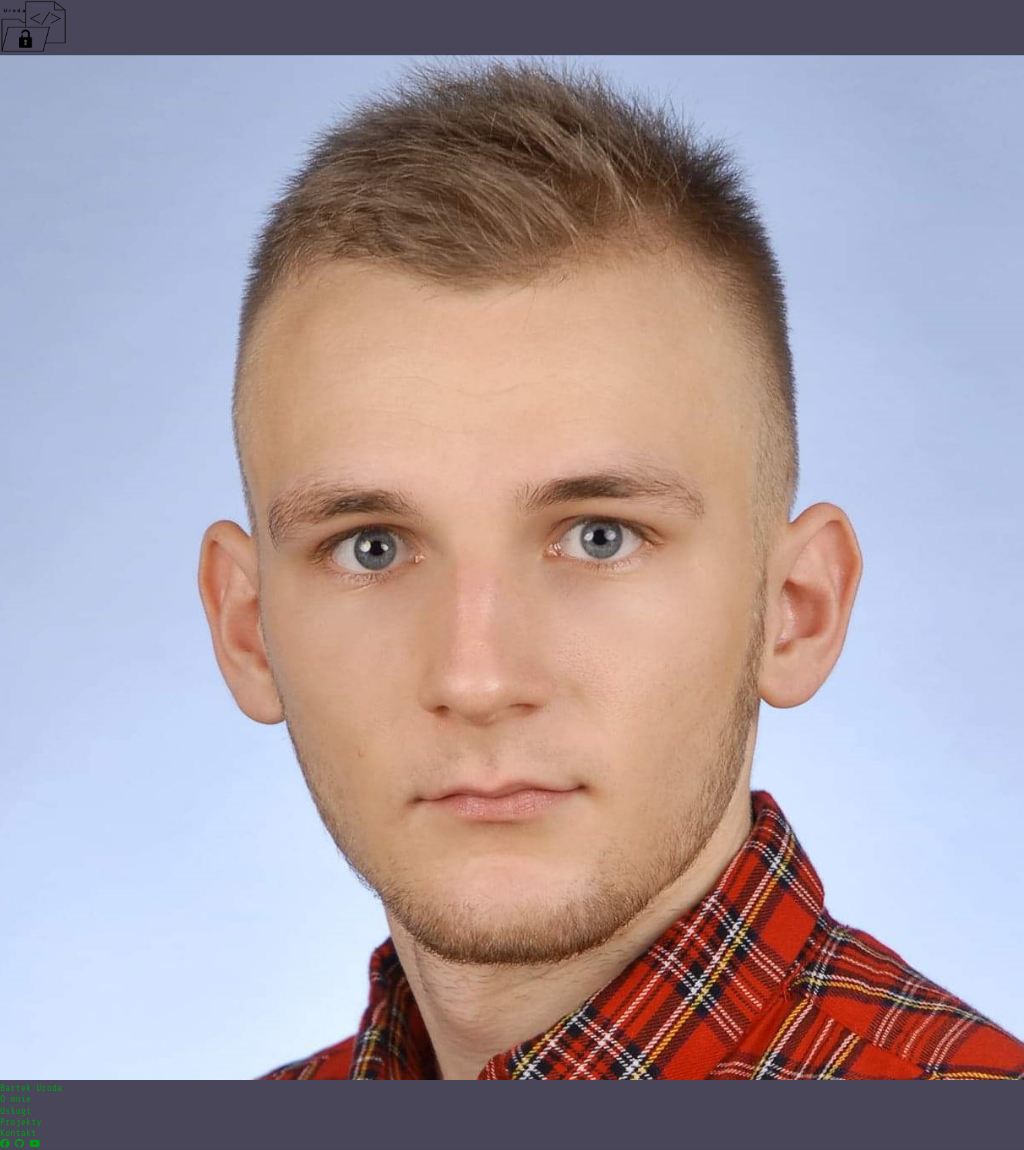
Repository: BartekUroda/portfolio
Page: index.html
An editor plug-in stored every save of this project. The page is shown before and after the next save, followed by the edit.
The browser window is 1280 px wide. The pictures show the whole page, at 80% of full size.
Some web libraries are served in a nearby version.

Above is the page before, as saved 2020-10-26 17:49:38.

After the next save:
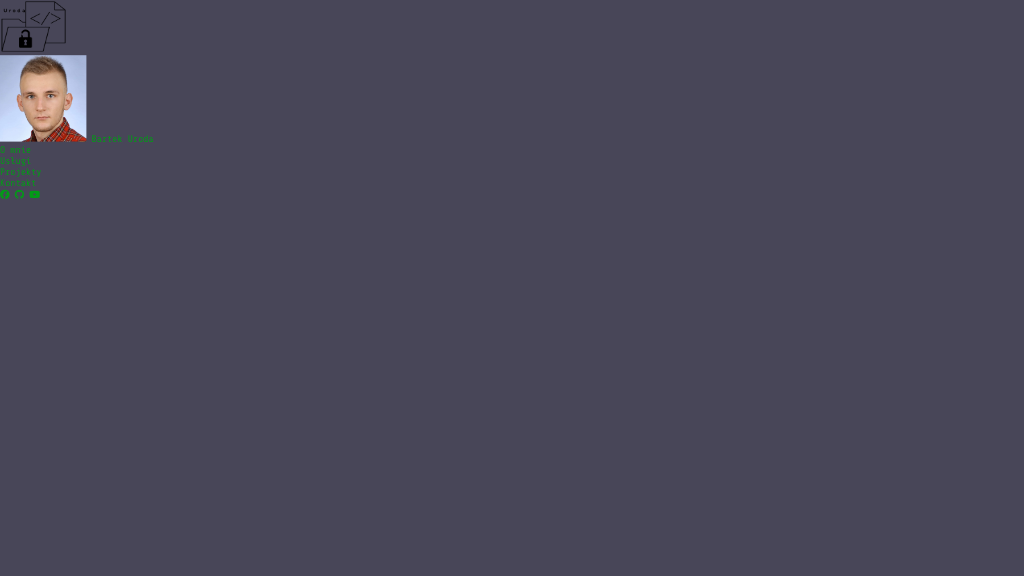
Saved 92 s later.
--- a/css/style.css
+++ b/css/style.css
@@ -55,3 +55,7 @@ header {
 .nav-brand {
     width: 7rem;
 }
+.profile-pic {
+    height: 9rem;
+    width: auto;
+}
